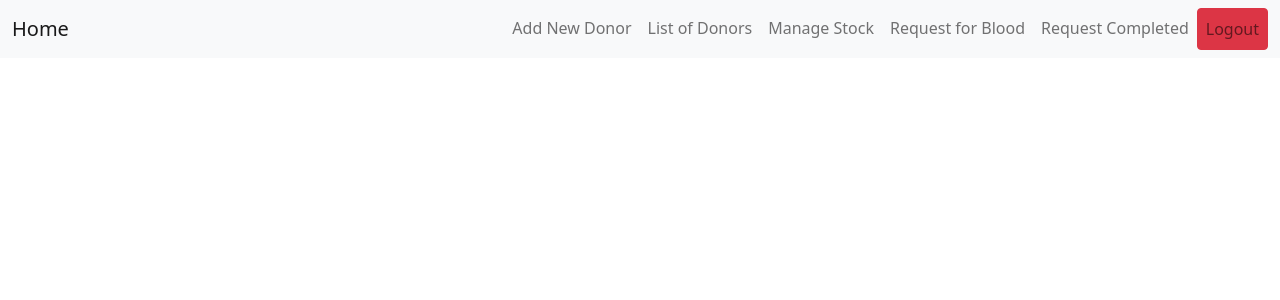
Repository: kshitizJ/Blood-Bank-Management-System-in-jsp
Page: Blood Bank Management System/WebContent/header.html
These files come from the project's save history. The page is drawn as it stood at one moment and after the next save; the edit follows.
The browser window is 1280 px wide. The pictures show the whole page.

Above is the page before, as saved 2021-04-28 10:30:09.

After the next save:
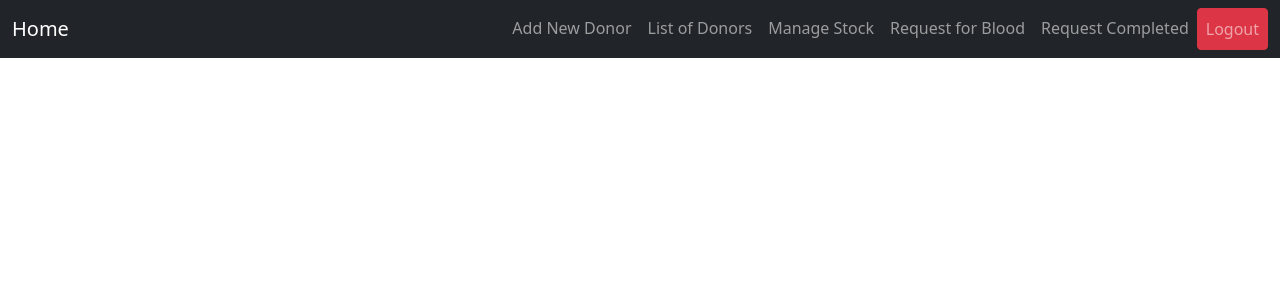
Saved 91 s later.
--- a/Blood Bank Management System/WebContent/header.html
+++ b/Blood Bank Management System/WebContent/header.html
@@ -13,7 +13,7 @@
 <link rel="stylesheet" href="style.css" type="text/css" media="screen">
 </head>
 <body>
-	<nav class="navbar sticky-top navbar-expand-lg navbar-light bg-light">
+	<nav class="navbar sticky-top navbar-expand-lg navbar-dark bg-dark">
 		<div class="container-fluid">
 			<a class="navbar-brand" href="home.jsp">Home</a>
 			<button class="navbar-toggler" type="button"
